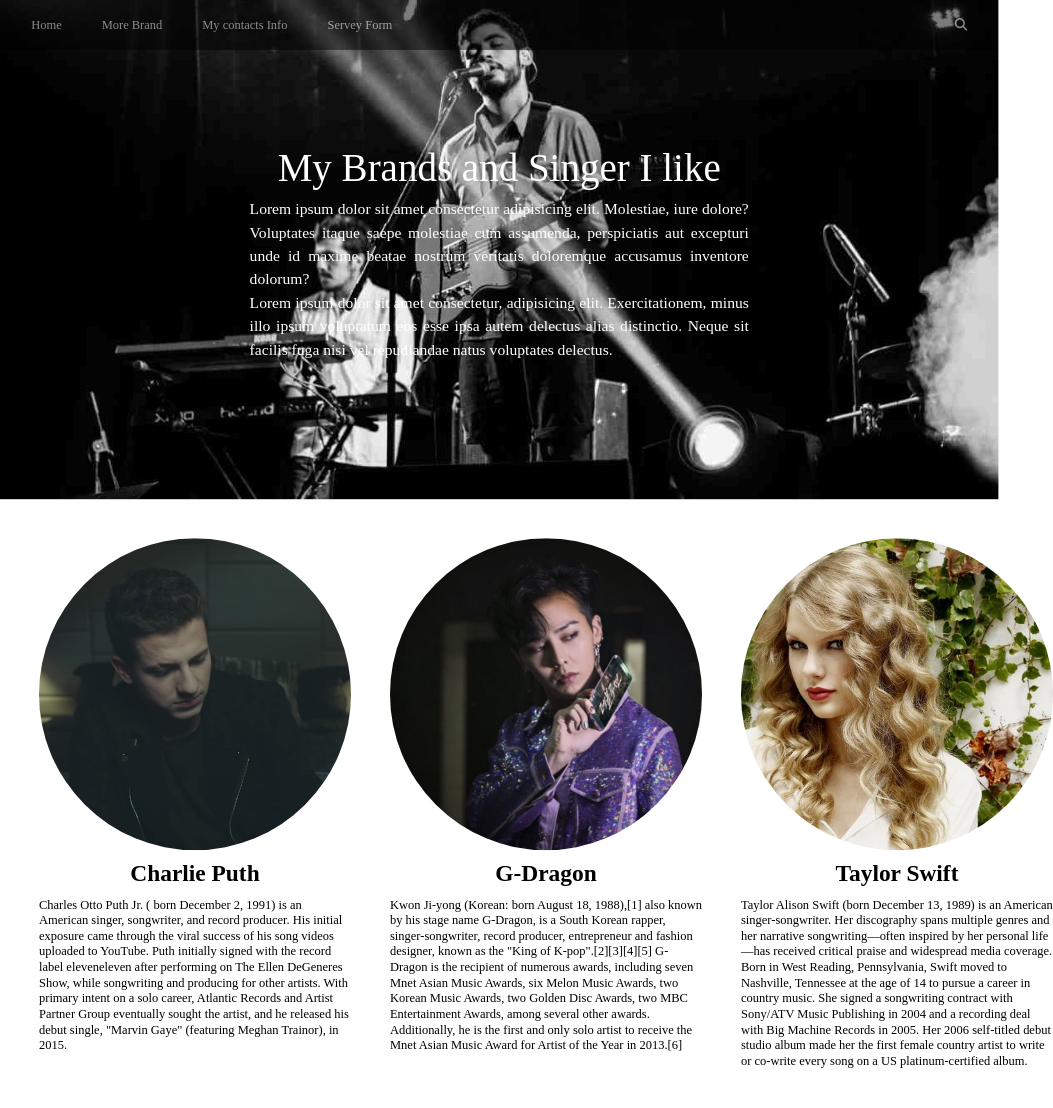
Repository: MinChea36/asm
Page: ASSM1.html
The author's editor kept a copy of each file at every save. The page is drawn from the files as they stood at one save, then again after the next save.
The browser window is 1280 px wide. The page is 1350 px wide, so the pictures cover 1350 px, including what lies to the right of the window. The pictures show the whole page, at 78% of full size.

Above is the page before, as saved 2022-09-22 22:38:20.

After the next save:
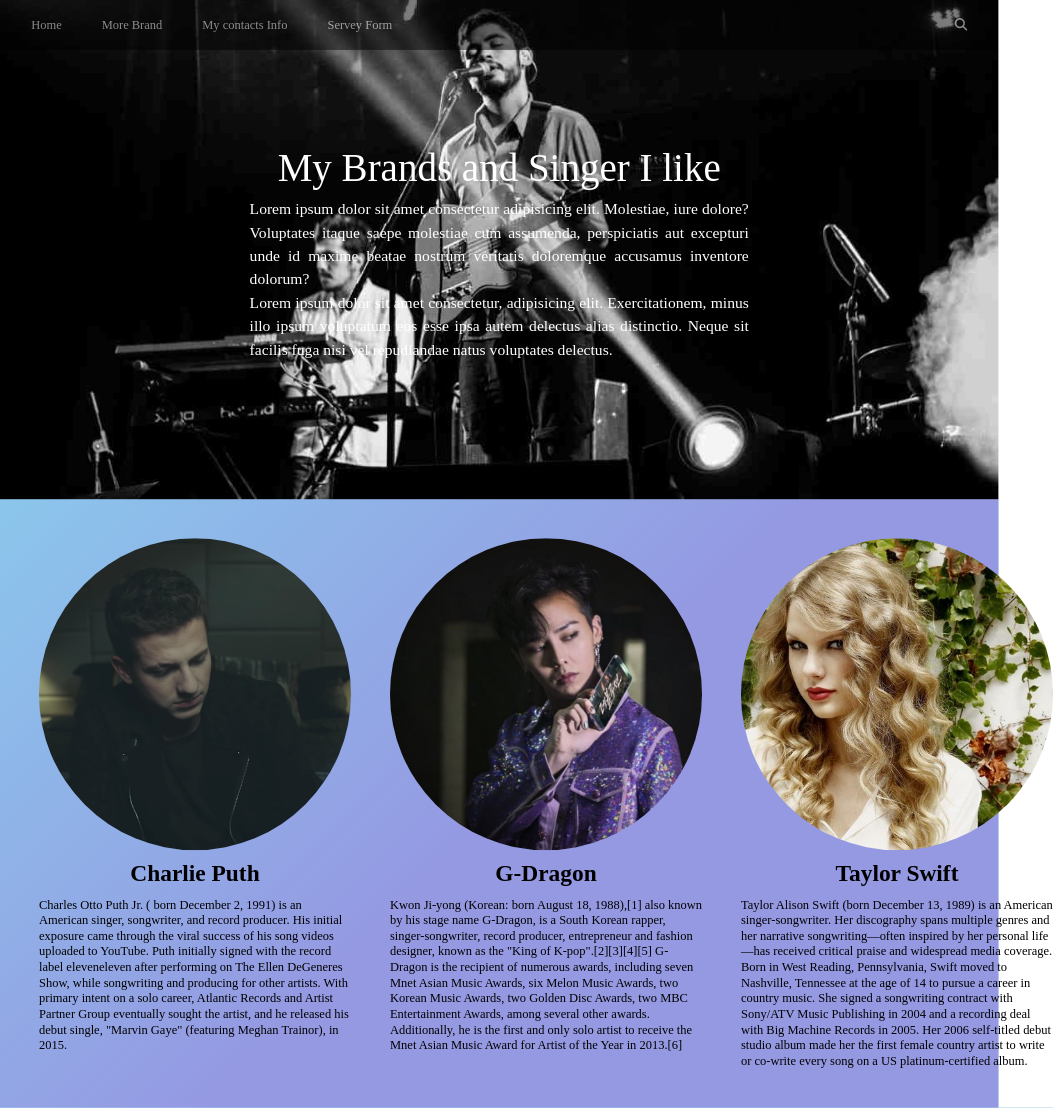
Saved 79 s later.
--- a/style.css
+++ b/style.css
@@ -49,7 +49,9 @@
     grid-template-columns: repeat(3,1fr);
     grid-column-gap: 50px;
     padding: 50px 50px;
-    background-image: linear-gradient(top,left,red,yellow);
+   background-color: #8BC6EC;
+background-image: linear-gradient(135deg, #8BC6EC 0%, #9599E2 51%);
+
     line-height: 20px;
 }
 .singers-text h2 {

After the save that followed:
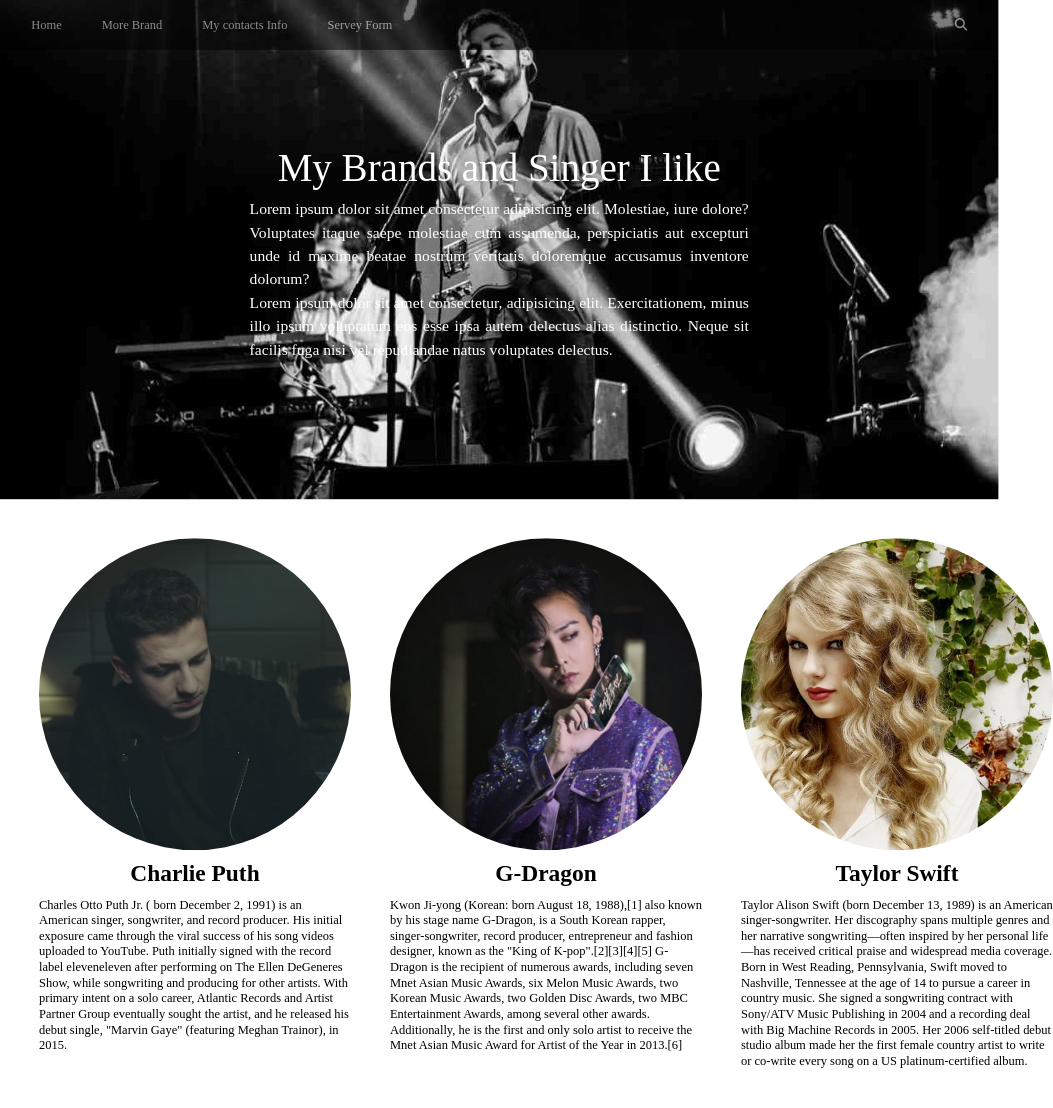
Saved 11 s later.
--- a/style.css
+++ b/style.css
@@ -49,9 +49,7 @@
     grid-template-columns: repeat(3,1fr);
     grid-column-gap: 50px;
     padding: 50px 50px;
-   background-color: #8BC6EC;
-background-image: linear-gradient(135deg, #8BC6EC 0%, #9599E2 51%);
-
+    background-image: linear-gradient(top,left,red,yellow);
     line-height: 20px;
 }
 .singers-text h2 {
